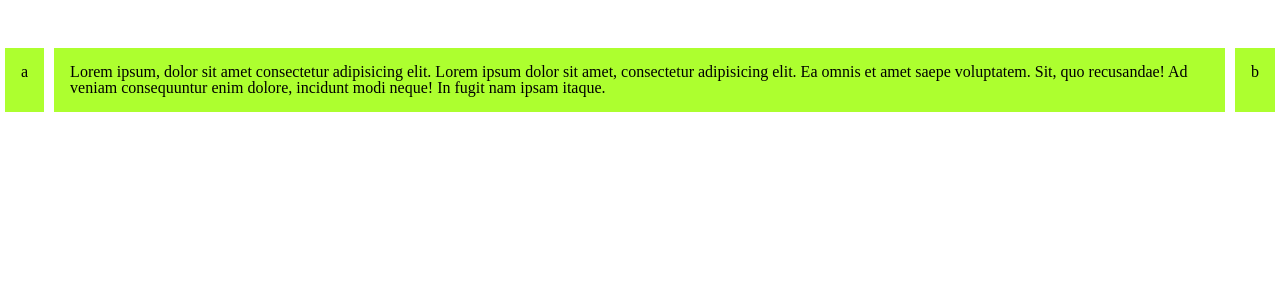
Repository: Giangattt123/HTML-CSS
Page: CSS/Flexbox/index.html
These files come from the project's save history. The page is drawn as it stood at one moment and after the next save; the edit follows.
The browser window is 1280 px wide. The pictures show the whole page.

Above is the page before, as saved 2023-04-26 10:54:50.

After the next save:
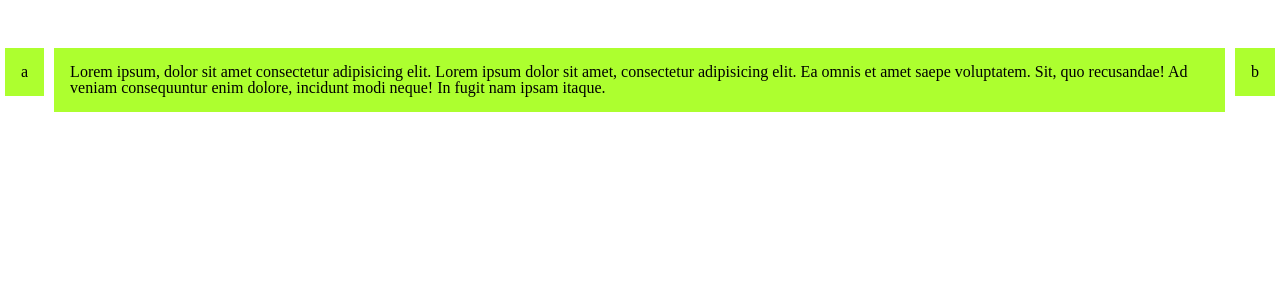
Saved 5 min 43 s later.
--- a/CSS/Flexbox/style.css
+++ b/CSS/Flexbox/style.css
@@ -33,7 +33,7 @@ a {
 .list {
   display: flex;
   /* flex-direction: row-reverse; */
-  align-items: stretch;
+  align-items: flex-start;
   margin-top: 3rem;
 }
 .list-item {
